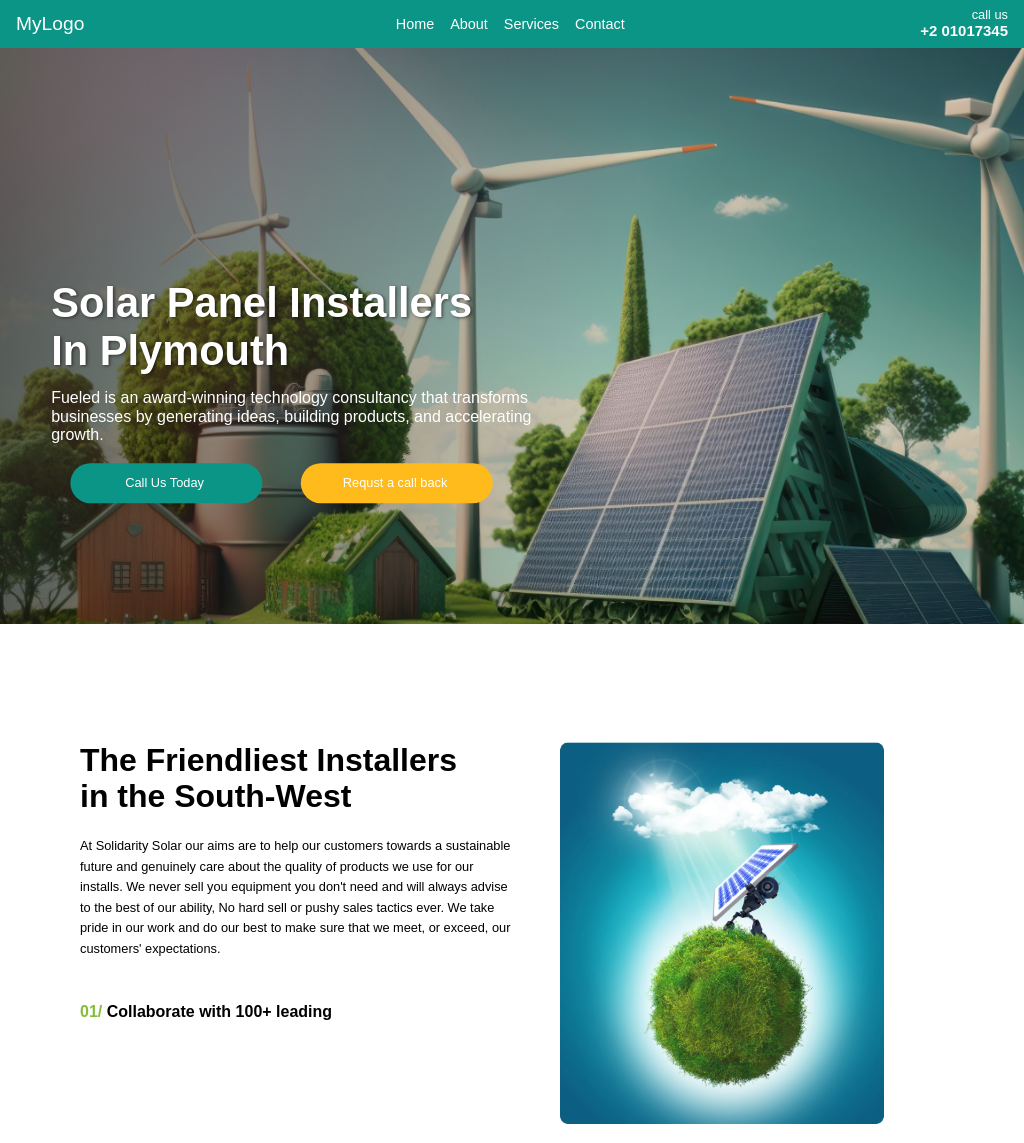
Repository: MaramNabil872/Landing-Page
Page: landingPage.html
The author's editor kept a copy of each file at every save. The page is drawn from the files as they stood at one save, then again after the next save.
The browser window is 1280 px wide. The pictures show the whole page, at 80% of full size.

Above is the page before, as saved 2024-10-20 21:23:29.

After the next save:
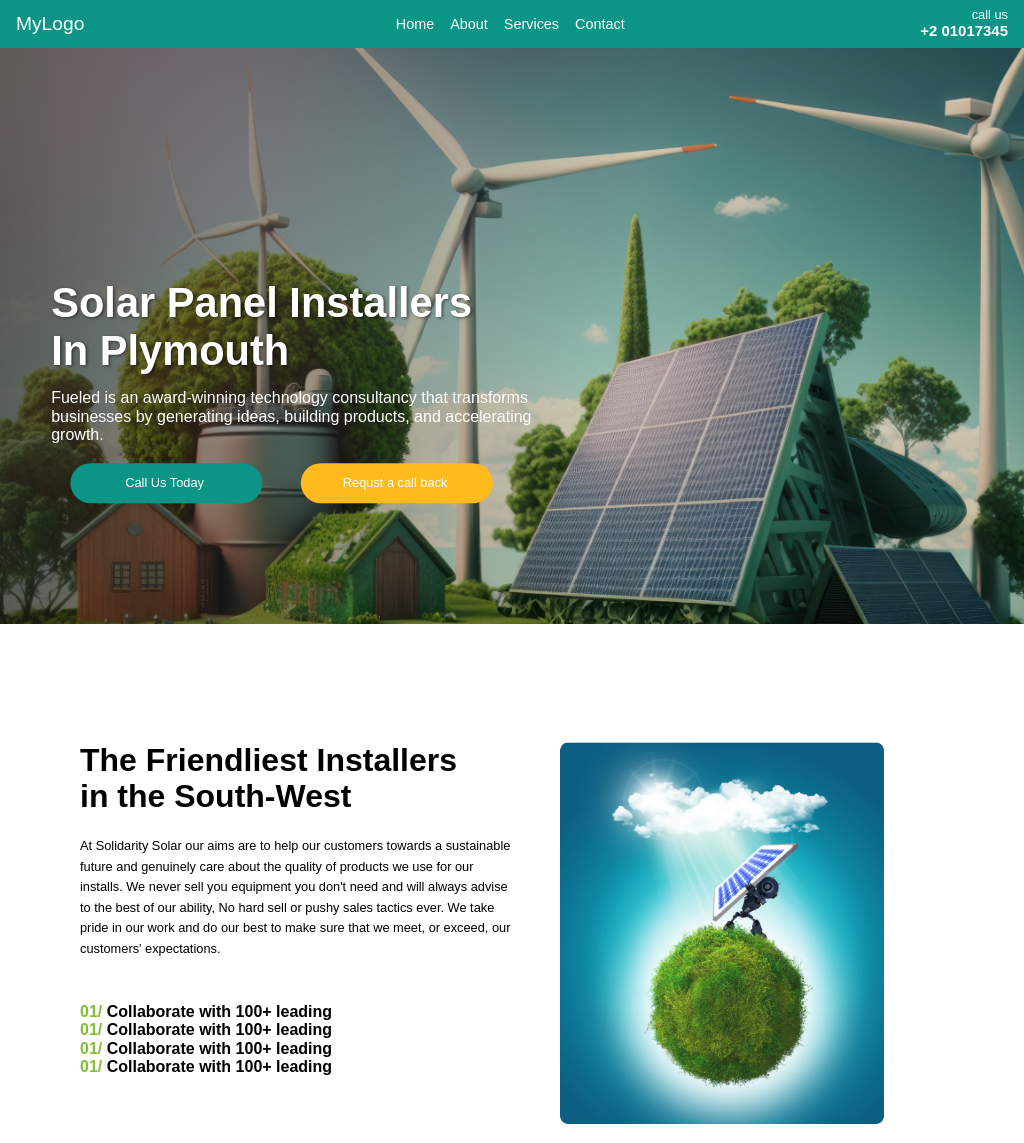
Saved 17 s later.
--- a/landingPage.html
+++ b/landingPage.html
@@ -66,6 +66,9 @@
                 </p>
                 <div class="last-container1">
                 <p><span class="number-container1">01/ </span>Collaborate with 100+ leading</p>
+                <p><span class="number-container1">01/ </span>Collaborate with 100+ leading</p>
+                <p><span class="number-container1">01/ </span>Collaborate with 100+ leading</p>
+                <p><span class="number-container1">01/ </span>Collaborate with 100+ leading</p>
             </div>
             </div>
             <div class="image-container1">
